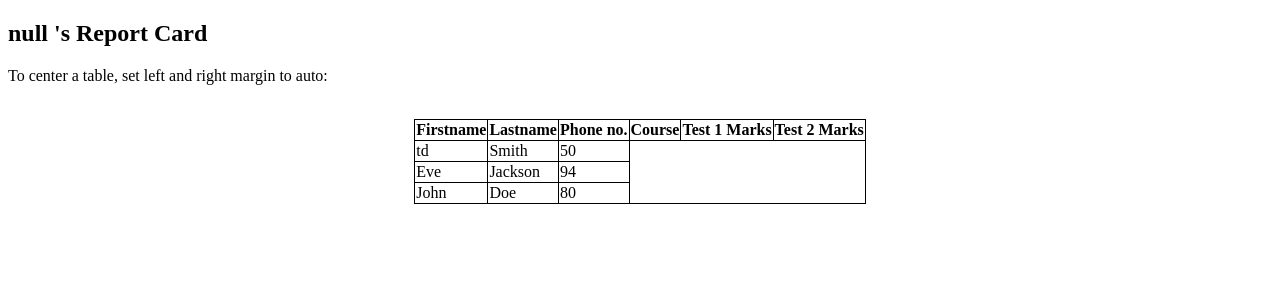
Repository: MriOj/OnlineExamPortal
Page: http://localhost/ExamPortal/reportcard.jsp
These files come from the project's save history. The page is drawn as it stood at one moment and after the next save; the edit follows.
The browser window is 1280 px wide. The pictures show the whole page.
The page is served by Tomcat 9. Other server files are loaded and not shown. The template is opened directly, without the code that normally fills it, so the values that code supplies are empty.

Above is the page before, as saved 2021-09-05 05:10:42.

### ExamPortal/src/main/webapp/reportcard.jsp
<%@ page language="java" contentType="text/html; charset=ISO-8859-1"
    pageEncoding="ISO-8859-1"%>
<!DOCTYPE html>
<html>
<head>
<meta name="viewport" content="width=device-width, initial-scale=1">
<style>
table, th, td {
  border: 1px solid black;
  border-collapse: collapse;
}

table.center {
  margin-left: auto;
  margin-right: auto;
}
</style>
</head>
<body>

<h2><%{out.println(request.getAttribute("student"));} %>'s Report Card</h2>
<p>To center a table, set left and right margin to auto:</p>

<table class="center">
 <tr>
    <th>Firstname</th>
    <th>Lastname</th>
    <th>Phone no.</th>
	<th>Course</th>
	<th>Test 1 Marks</th>
	<th>Test 2 Marks</th>
  </tr>
  <tr>
    <td>td</td>
    <td>Smith</td>
    <td>50</td>
  </tr>
  <tr>
    <td>Eve</td>
    <td>Jackson</td>
    <td>94</td>
  </tr>
  <tr>
    <td>John</td>
    <td>Doe</td>
    <td>80</td>
  </tr>
</table>

</body>
</html>

After the next save:
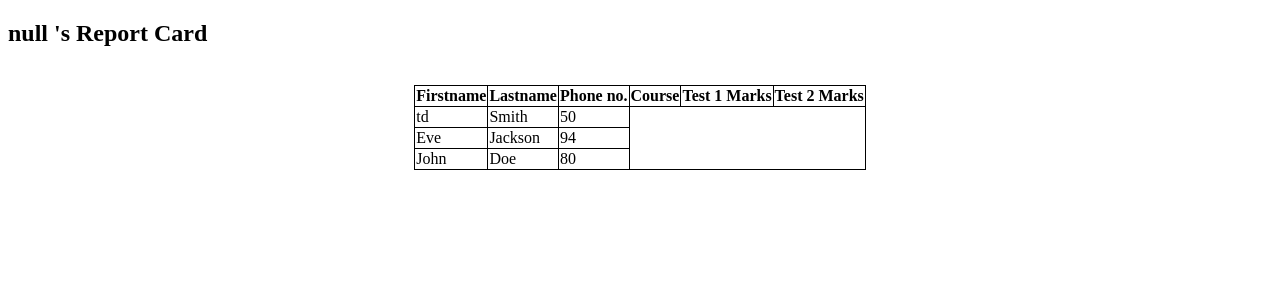
Saved 5 s later.
--- a/ExamPortal/src/main/webapp/reportcard.jsp
+++ b/ExamPortal/src/main/webapp/reportcard.jsp
@@ -19,7 +19,6 @@ table.center {
 <body>
 
 <h2><%{out.println(request.getAttribute("student"));} %>'s Report Card</h2>
-<p>To center a table, set left and right margin to auto:</p>
 
 <table class="center">
  <tr>
